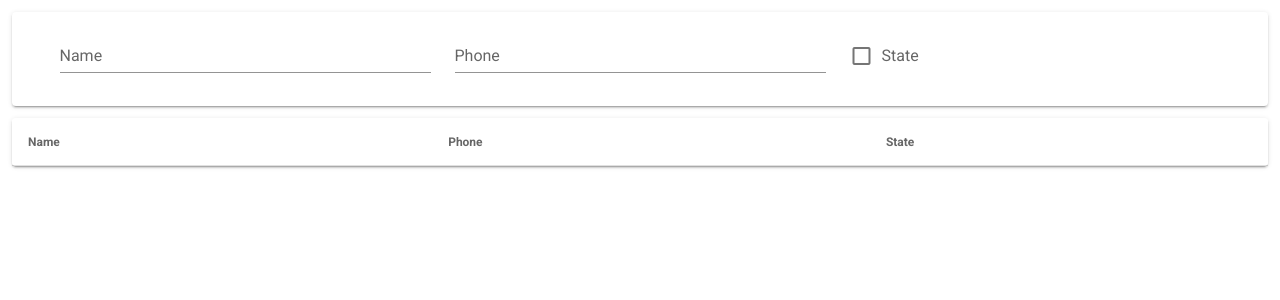
Repository: luchoCap/ContactVue-CRUD-StoryBook
Page: /
The author's editor kept a copy of each file at every save. The page is drawn from the files as they stood at one save, then again after a run of saves.
The browser window is 1280 px wide. The pictures show the whole page.
The page's requests for data from a server got no answer. The project was rebuilt for these pictures with package versions that can differ from the ones it lists, and the page was loaded fresh each time. No one was signed in, and anything a server would have sent is missing. Also part of the build but not shown: vue.config.js.

Above is the page before, as saved 2020-11-23 21:57:58.

After the next 2 saves:
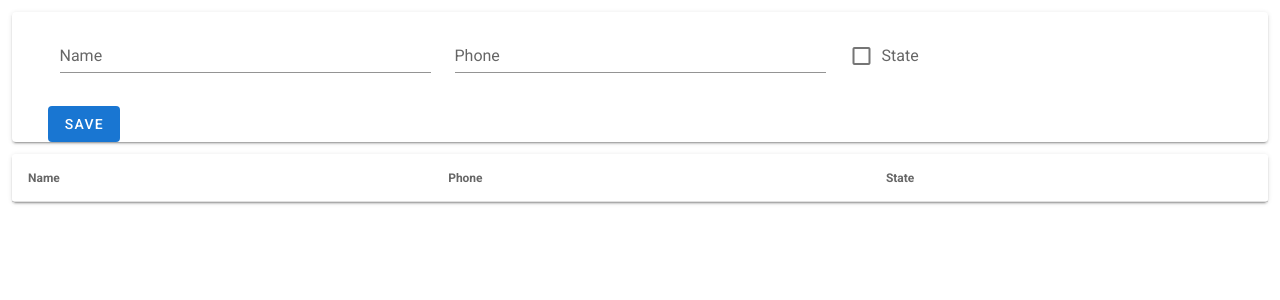
The 2 saves are shown as one change because 1 did not build or start.
The last was saved 94 s later.
--- a/src/components/Contact/ContactForm.vue
+++ b/src/components/Contact/ContactForm.vue
@@ -34,6 +34,13 @@
         ></v-checkbox>
         </v-col>
       </v-row>
+      <v-row>
+        <v-btn
+            depressed
+            color="primary"
+        >  Save
+        </v-btn>
+      </v-row>
     </v-container>
   </v-form>
 </template>
